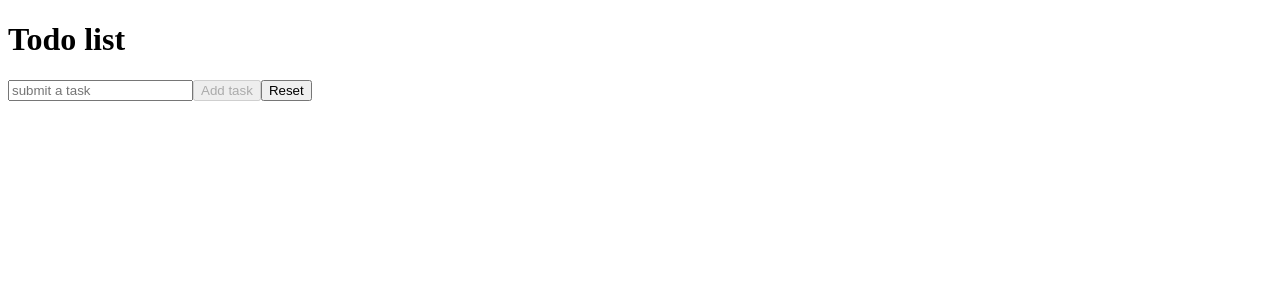
Repository: Ylan-sayada/todo-list
Page: /, after clicking the first element matching `button`
These files come from the project's save history. The page is drawn as it stood at one moment and after the next save; the edit follows.
The browser window is 1280 px wide. The pictures show the whole page.
The project was rebuilt for these pictures with package versions that can differ from the ones it lists, and the page was loaded fresh each time.

Above is the page before, as saved 2021-05-29 22:19:38.

After the next save:
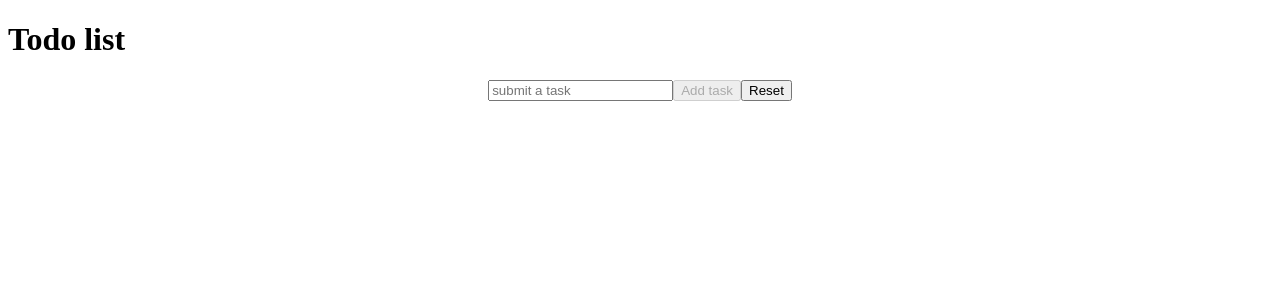
Saved 11 s later.
--- a/src/components/TodoContainer.jsx
+++ b/src/components/TodoContainer.jsx
@@ -46,7 +46,7 @@
         dispatchTask({type:'update',payload:id})
     }
     return (
-        <div style={{margin:"0 auto"}}>
+        <div style={{textAlign:"center"}}>
         {tasks.length>0&&<p>{tasks.filter(el => el.isAccomplished === false).length} task/s to accomplish</p>}
         {tasks.length===5&& <p>Could not add more task!</p>}
        <TodoInput activeReset={tasks.length > 0 ? false : true } resetHandler={reset} addItemHandler={addItem}/>

After the save that followed:
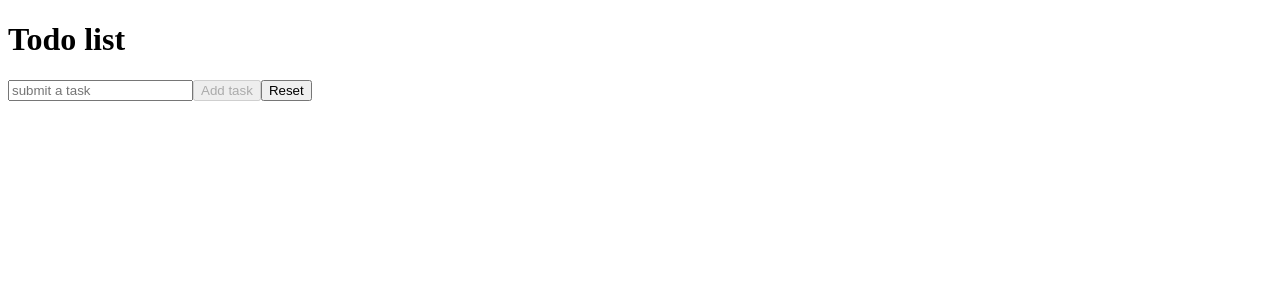
Saved 17 s later.
--- a/src/components/TodoContainer.jsx
+++ b/src/components/TodoContainer.jsx
@@ -46,7 +46,7 @@
         dispatchTask({type:'update',payload:id})
     }
     return (
-        <div style={{textAlign:"center"}}>
+        <div >
         {tasks.length>0&&<p>{tasks.filter(el => el.isAccomplished === false).length} task/s to accomplish</p>}
         {tasks.length===5&& <p>Could not add more task!</p>}
        <TodoInput activeReset={tasks.length > 0 ? false : true } resetHandler={reset} addItemHandler={addItem}/>
